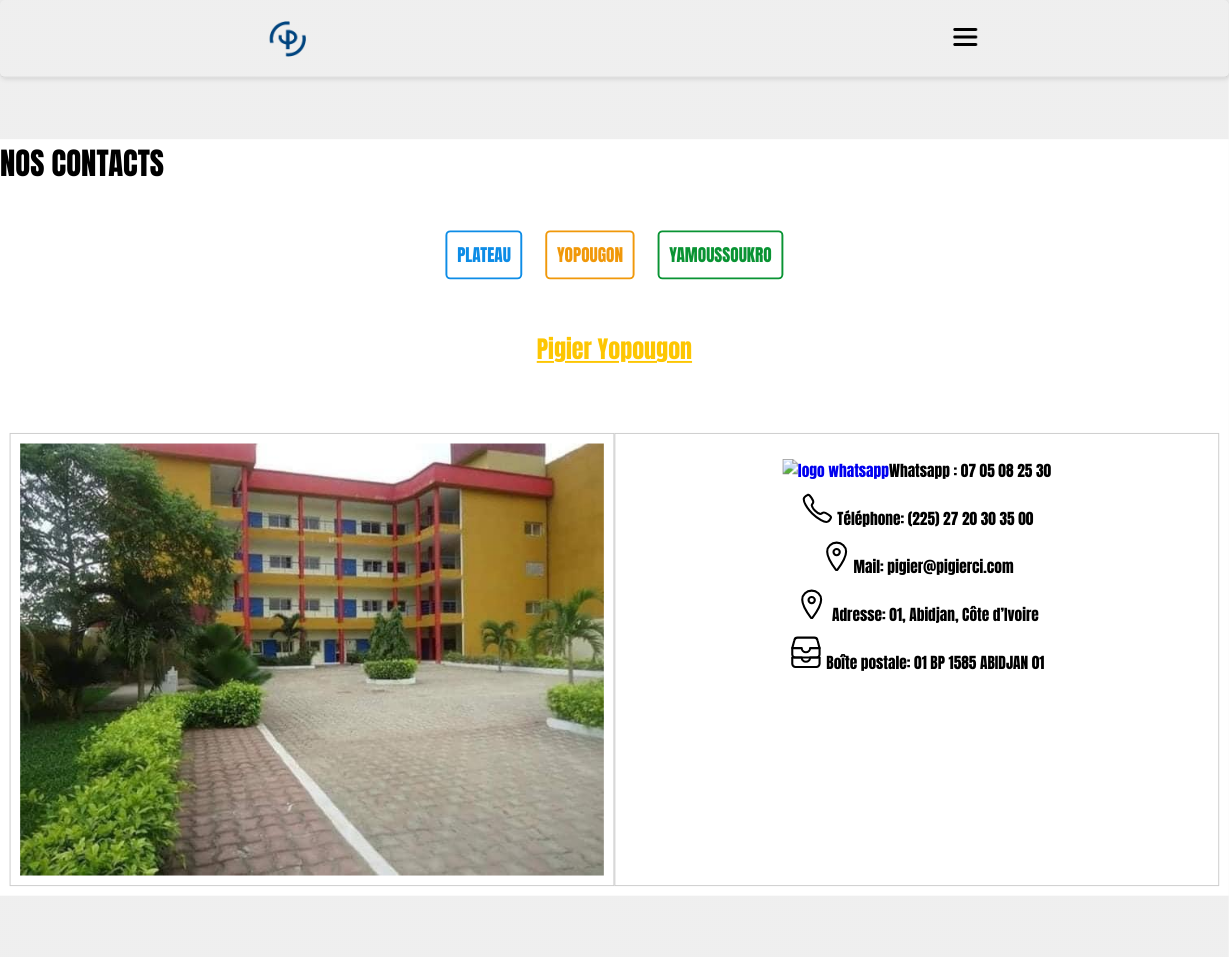
Repository: EddinAdou/PIGIERCI
Page: contact/yopougon.html
An editor plug-in stored every save of this project. The page is shown before and after the next save, followed by the edit.
The browser window is 1280 px wide. The pictures show the whole page, at 96% of full size.
Backgrounds fixed to the window are drawn as part of the page.

Above is the page before, as saved 2023-10-19 17:37:41.
Not found: contact/img/logo-whatsapp.svg

### contact/yopougon.html
<!DOCTYPE html>
<html lang="fr">

<head>
    <meta charset="UTF-8">
    <meta name="viewport" content="width=device-width, initial-scale=1.0">
    <title>Document</title>
    <link rel="stylesheet" href="./style.css">
    <link rel="stylesheet" href="../static/css/style.css">
</head>

<body>
    <div class="header" id="header">
        <div style="
        display: flex;
        align-items: center;
        overflow: hidden;
        margin: 15px;
      ">
            <div class="logo">
                <a href="">
                    <img src="../static/images/1.png" alt="Pigier Côte d'Ivoire Logo" />
                </a>
            </div>
            <div class="title">Pigier<br />Côte d'Ivoire</div>
        </div>
        <span class="burger-img">
            <img src="../static/images/menu.png" alt="burger" />
        </span>
        <div class="menu hidden">
            <span class="cross-img">
                <img src="../static/images/x-mark.png" alt="cross" />
            </span>
            <div class="menu-container">
                <div class="menu-items">
                    <a href="../accueil/index.html" class="menu-items-link onhover">Accueil</a>
                </div>
                <div class="menu-items">
                    <a class="menu-items-link" style="cursor: pointer">Présentation</a>
                    <i class="arrow fa-solid fa-arrow-up"></i>
                    <ul class="sub-menu">
                        <li>
                            <a href="#"> Historique </a>
                        </li>
                        <li>
                            <a href="#"> Gouvernance </a>
                        </li>
                        <li>
                            <a href="#"> Nos partenaires </a>
                        </li>
                        <li>
                            <a href="#"> Guide d'accueil </a>
                        </li>
                    </ul>
                </div>
                <div class="menu-items">
                    <a class="menu-items-link" style="cursor: pointer">Formations</a>
                    <i class="arrow fa-solid fa-arrow-up"></i>
                    <ul class="sub-menu">
                        <li>
                            <a href="#"> Lettre aux futurs étudiants </a>
                        </li>
                        <li>
                            <a href="#"> Licence Professionnelle </a>
                        </li>
                        <li>
                            <a href="#"> Master Professionel </a>
                        </li>
                        <li>
                            <a href="#"> Formation ouverte à distance (FOAD) </a>
                        </li>
                        <li>
                            <a href="#"> Formation continue </a>
                        </li>
                    </ul>
                </div>
                <div class="menu-items">
                    <a class="menu-items-link" style="cursor: pointer">Espace Etudiant</a>
                    <i class="arrow fa-solid fa-arrow-up"></i>
                    <ul class="sub-menu">
                        <li>
                            <a href="#"> Microsoft 365 </a>
                        </li>
                        <li>
                            <a href="#"> Demande en ligne </a>
                        </li>
                        <li>
                            <a href="#"> Alumni </a>
                        </li>
                        <li>
                            <a href="#"> S'inscrire </a>
                        </li>
                        <li>
                            <a href="#"> Réglements </a>
                        </li>
                    </ul>
                </div>
                <div class="menu-items">
                    <a href="" class="menu-items-link onhover">Contact</a>
                </div>
            </div>
        </div>
    </div>
    <div class="main">
        <h1>NOS CONTACTS</h1>
        <!-- ici on affiche les contacts -->
        <div id="mainButton">
            <a href="abidjan.html" class="button1">Plateau</a>
            <a href="yopougon.html" class="button2">Yopougon</a>
            <a href="yakro.html" class="button3">Yamoussoukro</a>
            <p>Pigier Yopougon</p>
        </div>
        <div class="container">
            <div class="column">
                <img src="../static/images/YOPOUGON.jpg" width="300" />
            </div>
            <div class="column cont">
                <ul>
                    <li><a href="https://api.whatsapp.com/message/HEGY3G6SWCP7D1?autoload=1&app_absent=0"><img
                                src="img/logo-whatsapp.svg" alt="logo whatsapp" width="35"></a>Whatsapp : 07 05 08 25 30
                    </li>
                    <li><a href="tel:2720303500"><img src="../static/images/call-outline.svg" alt="logo appel" width="35"></a>
                        Téléphone: (225) 27 20 30 35 00 </li>
                    <li><a href="mailto:pigier@pigierci.com"><img src="../static/images/location-outline.svg" alt="logo mail"
                                width="35"></a>Mail: pigier@pigierci.com</li>
                    <li><a href="https://maps.app.goo.gl/mbxX8wCrpZBdXVyR7"><img src="../static/images/location-outline.svg"
                                alt="logo adresse" width="35"></a> Adresse: 01, Abidjan, Côte d’Ivoire</li>
                    <li><a href="#"><img src="../static/images/file-tray-stacked-outline.svg" alt="logo de boîte postale"
                                width="35"></a> Boîte postale: 01 BP 1585 ABIDJAN 01</li>
                </ul>
            </div>
        </div>
    </div>
</body>

</html>

### contact/style.css
/* Styles pour les écrans larges */
@media (min-width: 992px) {
  .container {
    display: flex;
  }

  .column {
    flex: 1;
    padding: 10px;
    border: 1px solid #ccc;
  }

  .column:first-child img {
    width: 100%;
    display: block;
    margin: 0 auto;
  }
}

/* Styles par défaut pour les boutons (écrans larges) */
#mainButton {
  text-align: center;
  padding: 15px;
  list-style: none;
  border-radius: 5px;
}

.button1,
.button2,
.button3 {
  display: inline-block;
  margin: 10px;
  padding: 10px 20px;
  font-size: 18px;
  font-family: Impact, Haettenschweiler, 'Arial Narrow Bold', sans-serif;
  border-radius: 5px;
}


/* Styles pour les écrans plus étroits (par exemple, les tablettes) */
@media (max-width: 768px) {
  #mainButton {
    text-align: center;
  }

  .button1,
  .button2,
  .button3 {
    display: block;
    margin: 10px auto;
    padding: 10px;
    font-size: 18px;
    font-family: Impact, Haettenschweiler, 'Arial Narrow Bold', sans-serif;
  }
}


/* Styles pour les tablettes */
@media (max-width: 991px) {
  .container {
    flex-direction: column;
  }

  .column {
    flex: 1;
    padding: 10px;
    border: 1px solid #ccc;
  }

  .column:first-child img {
    width: 100%;
    display: block;
    margin: 0 auto;
  }
}

.boutton {
  display: inline-block;
  padding: 15px 25px;
  font-size: 24px;
  cursor: pointer;
  text-align: center;
  text-decoration: none;
  outline: none;
  color: #fff;
  background-color: #4CAF50;
  border: none;
  border-radius: 15px;
  box-shadow: 0 9px #999;
}


.button1 {
  background-color: white;
  color: #0d8ce6;
  border: 2px solid #0d8ce6;
  padding: 10px;
  margin: 10px;
  text-transform: uppercase;
}

.button1:hover {
  background-color: #0d8ce6;
  color: white;

}

.button2 {
  background-color: white;
  color: #f0980a;
  border: 2px solid #f0980a;
  padding: 10px;
  margin: 10px;
  text-transform: uppercase;
}

.button2:hover {
  background-color: #f0980a;
  color: white;
}

.button3 {
  background-color: white;
  color: #099333;
  border: 2px solid #099333;
  padding: 10px;
  margin: 10px;
  text-transform: uppercase;
}

.button3:hover {
  background-color: #099333;
  color: white;
}

.div2,
.div1 {
  display: inline-block;
  width: 50%;
  box-sizing: border-box;
}

.div1 {
  float: left;
}

.div2 {
  float: right;
}

#mainButton {
  text-align: center;
  padding: 15px;
  list-style: none;
}

.container {
  display: flex;
  padding: 10px;
}

.column {
  flex: 1;
  padding: 10px;
  border: 1px solid #ccc
}

.column:first-child img {
  width: 100%;
  display: block;
  margin: 0 auto;
}

.cont {
  font-family: Impact, Haettenschweiler, 'Arial Narrow Bold', sans-serif;
  max-width: 100%;
  text-align: center;
}

ul {
  list-style: none;
  padding: 0;
}

li {
  margin-bottom: 10px;
}

a {
  text-decoration: none;
  align-items: center;
}

h1 {
  font-family: Impact, Haettenschweiler, 'Arial Narrow Bold', sans-serif
}

body>h1:first-child {
  border: 1px solid black;
  background-color: #fdc602;
  color: #020d36
}

p {
  line-height: 3em;
  font-size: 25px;
  text-decoration: underline;
  font-family: Impact, Haettenschweiler, 'Arial Narrow Bold', sans-serif;
  color: #fdc602
}

### static/css/style.css
@import url("https://fonts.googleapis.com/css2?family=Libre+Baskerville:ital,wght@0,400;0,700;1,400&display=swap");
@import url("https://fonts.googleapis.com/css2?family=Figtree:ital,wght@0,300;0,400;0,500;0,600;0,700;0,800;1,300;1,400;1,500;1,600;1,700;1,800&display=swap");

:root {
    --yellow: rgb(255, 248, 163);
    --blue: rgb(12, 87, 153);
    --hor-nav-color: rgba(255, 247, 163, 0.507);
    --yellow_s: rgb(254, 155, 46);
    --safran: #ffd700;
    --white: #fff;
}

*,
*::before,
*::after {
    box-sizing: border-box;
}

*::selection {
    color: #fff;
    background-color: #000;
}

ul {
    padding: 0;
}

a {
    text-decoration: none;
}

body {
    margin: 0;
    padding: 0;
    box-sizing: border-box;
    font-family: "Figtree", sans-serif;
    color: #000;
    overflow-x: hidden;
    background: linear-gradient(to bottom,
            rgba(218, 218, 218, 0.438),
            rgba(218, 218, 218, 0.438)),
        url("../images/pigier.jpg") no-repeat 50% / 500px fixed;
    position: relative;
}

.main {
    margin: 5% 0% 5% 0%;
    background-color: #fff;
}

.hidden,
.show,
.menu {
    transition: all 0.3s;
    -webkit-transition: all 0.3s;
}

.hidden {
    width: 0;
    right: -1000px;
}

.show {
    width: 45%;
    right: 0;
}

.go-top {
    display: none;
    position: fixed;
    background-color: var(--blue);
    right: 30px;
    bottom: 65px;
    padding: 0.5% 1.5%;
    border-radius: 5px;
    width: 44px;
    transition: 0.1s;
    cursor: pointer;
    text-decoration: none;
    justify-content: center;
    align-items: center;
}

.go-top:hover {
    background: var(--safran);
}

.go-top img {
    width: 30px;
}

.fixed {
    position: fixed;
    top: 0;
    width: 100%;
}

.fixed .logo {
    border: 2px solid var(--safran);
    border-radius: 100%;
}

.fixed .title {
    color: var(--blue);
    border-color: #000;
    transform: translateX(0);
}

.active {
    color: var(--blue);
}

.active .arrow {
    transform: rotate(180deg);
}

.menu {
    position: fixed;
    min-height: 100vh;
    top: 0;
    padding: 45px;
    z-index: 100;
    background: linear-gradient(var(--hor-nav-color), var(--hor-nav-color)),
        url("../images/nvbar-bg.jpg") no-repeat;
    background-size: cover;
    overflow: hidden;
    border-top-left-radius: 10px;
    border-bottom-left-radius: 10px;
}

.menu img {
    width: 35px;
    position: absolute;
    right: 15%;
    top: 5%;
    z-index: 1000;
}

.header {
    display: flex;
    justify-content: space-around;
    align-items: center;
    border-bottom: 1px solid #cfcfcf;
    border-radius: 5px;
    box-shadow: 1px 1px 5px #cfcfcf;
}

.header a {
    text-decoration: none;
    color: #000;
    font-weight: 600;
    position: relative;
}

.header .menu .onhover::after {
    content: "";
    position: absolute;
    width: 0%;
    height: 3px;
    background-color: var(--blue);
    bottom: -3px;
    border-radius: 5px;
    left: 0;
    transition: width 0.4s;
}

.header a:hover {
    color: var(--blue);
}

.header .menu .onhover:hover:after {
    width: 100%;
}

.header .logo {
    display: flex;
    justify-content: center;
    z-index: 100;
    line-height: 15px;
    transition: 0.5s;
}

.header .logo:hover~.title {
    color: var(--blue);
    border-color: #000;
    transform: translateX(0);
}

.title {
    display: flex;
    border-left: 3px solid transparent;
    margin-left: 15px;
    padding-left: 15px;
    align-items: center;
    height: 50px;
    color: transparent;
    transition: all 0.4s ease-in-out;
    transform: translateX(-50px);
    z-index: 1;
    font-weight: 800;
}

.header .logo img {
    width: 46px;
    margin-top: 3px;
}

.menu-container {
    display: flex;
    position: relative;
    width: 100%;
    padding-top: 50px;
    flex-direction: column;
}

.menu-items {
    margin-bottom: 4%;
    font-size: 16px;
    transition: 1s ease;
}

.rolled {
    display: block;
}

.menu-items .sub-menu {
    display: none;
    margin: 0 0 0 25px;
    overflow: hidden;
    transition: 1s ease;
}

.menu-items .sub-menu li {
    line-height: 20px;
}

.top-container {
    z-index: 10;
    height: 100%;
    background-image: url("../images/univ_metiers.jpg");
    background-size: cover;
    position: relative;
}

.top-container::before {
    content: "";
    height: 100%;
    width: 100%;
    position: absolute;
    top: 0;
    left: 0;
    background-color: rgba(225, 225, 225, 0.5667);
    z-index: -1000;
}

.text-present {
    display: flex;
    align-items: center;
    flex-direction: column;
    padding: 13% 15%;
}

.footer-container {
    max-width: 1170px;
    margin: auto;
}

.row {
    display: flex;
    justify-content: space-between;
    flex-wrap: wrap;
    padding: 1% 0%;
}

.row:first-child {
    padding-left: 2%;
    padding-right: 2%;
    border-bottom: 2px solid #fff;
}

ul {
    list-style: none;
}

.footer {
    background: #040404;
    position: relative;
}

.footer-col {
    width: 25%;
    padding: 0 15px;
}

.footer-col h4 {
    font-size: 18px;
    color: #ffffff;
    text-transform: capitalize;
    margin-bottom: 35px;
    font-weight: 500;
    position: relative;
}

.footer-col h4::before {
    content: "";
    position: absolute;
    left: 0;
    bottom: -10px;
    background-color: var(--blue);
    height: 4px;
    border-radius: 5px;
    box-sizing: border-box;
    width: 50px;
}

.footer-col ul li:not(:last-child) {
    margin-bottom: 10px;
}

.footer-col ul li a {
    font-size: 15px;
    text-transform: capitalize;
    color: #ffffff;
    text-decoration: none;
    font-weight: 300;
    color: #bbbbbb;
    display: block;
    transition: all 0.3s ease;
}

.footer-col ul li a:hover {
    color: #f3f4f4;
    text-decoration: underline;
}

.footer-col .social-links {
    display: flex;
}

.footer-col .social-links a {
    font-size: 30px;
    margin: 0% 2%;
    border-radius: 100%;
    color: #f3f4f4;
    height: 40px;
    transition: 0.2s;
    display: flex;
    align-items: center;
    width: 41px;
    justify-content: center;
}

.footer-col .social-links a:hover {
    color: #24262b;
    background-color: #f3f4f4;
}

.footer-info p {
    color: #f3f4f4;
    padding-left: 15px;
}

.burger-img,
.cross-img {
    cursor: pointer;
}

.burger-img img {
    width: 25px;
    height: 25px;
}

.top-container .text-present span {
    font-size: 65px;
    text-transform: uppercase;
    font-family: "Libre Baskerville", serif;
    text-align: center;
    font-weight: 800;
    color: rgb(12, 87, 153);
}

.top-container .text-present p {
    text-align: center;
    font-size: 16px;
    color: #000;
    letter-spacing: 1.5px;
}

.formation-container {
    transform: translate(0);
    position: relative;
    display: flex;
    flex-wrap: wrap;
    justify-content: center;
    flex-direction: column;
    margin-left: -10px;
    margin-right: -10px;
    margin-top: 10px;
}

section.container-box {
    min-height: 300px;
    margin-left: 10px;
    margin-right: 10px;
    min-width: calc(40% - 10px);
    width: calc(40% - 10px);
    margin-bottom: 20px;
    border: 1px solid #cfcfcf;
    border-radius: 10px;
    transition: all 0.4s ease-in-out;
    overflow: hidden;
}

.sub-container {
    display: flex;
    flex-wrap: wrap;
    justify-content: center;
    transition: 0.5s;
    transform: translate(0);
}

.img-pres {
    overflow: hidden;
}

.img-pres img {
    transition: all 0.4s ease;
}

.img-pres img:hover {
    transform: scale(1.2);
}

.box-desc {
    background-color: #fff;
    min-height: 102px;
    text-align: left;
    display: flex;
    align-items: center;
    padding: 10px 30px;
    flex: 1 1 auto;
    justify-content: space-between;
}

.btn-circle-redirect a {
    padding: 8px 12px;
    border: 1px solid #cfcfcf;
    border-radius: 100%;
    color: #000;
    font-size: 28px;
    transition: 0.2s ease-in-out;
}

.btn-circle-redirect a:hover {
    color: #fff;
    background-color: var(--blue);
}

.formation {
    padding: 2% 0;
    text-align: center;
}

.btn-direction {
    position: absolute;
    top: 0;
    display: none;
    height: 96%;
    width: 55px;
    background: #a9a3a381;
    font-size: 30px;
    z-index: 1;
    transition: 0.4s;
    cursor: pointer;
    border-radius: 10px;
}

.btn-direction:hover {
    font-size: 32px;
}

.btn-direction.left {
    left: 1%;
}

.btn-direction.right {
    right: 1%;
}

video {
    width: 70%;
    height: 400px;
}

.responsive-video {
    max-width: 100%;
    height: auto;
}

.frame {
    width: 100%;
    display: flex;
    justify-content: center;
}

@media (max-width: 1068px) {
    .sub-container {
        flex-direction: column;
        align-items: center;
    }

    section.container-box {
        width: fit-content;
    }
}

@media (max-width: 770px) {
    .footer-col {
        width: 50%;
        margin-bottom: 30px;
    }

    .header .menu-container {
        font-size: 12px;
    }
}

@media (max-width: 640px) {
    .formation {
        margin-right: 10%;
        margin-left: 10%;
        overflow: hidden;
    }

    .formation-container {
        flex-wrap: nowrap;
        flex-direction: row;
    }

    .sub-container {
        flex-direction: row;
        flex-wrap: nowrap;
        transform: translateX(550px);
        margin: 0;
    }

    section.container-box {
        width: 300px;
    }

    .btn-direction {
        display: flex;
        justify-content: center;
        align-items: center;
    }
}

@media (max-width: 574px) {
    .footer-col {
        width: 100%;
    }

    .top-container .text-present span {
        font-size: 42px;
    }

    .top-container .text-present p {
        font-size: 12px;
    }
}

@media (max-width: 500px) {
    .formation {
        margin: auto;
    }

    .btn-direction {
        width: 13%;
    }
}

@media (max-width: 300px) {
    .top-container .text-present span {
        font-size: 24px;
    }

    .top-container .text-present p {
        font-size: 10px;
    }
}

After the next save:
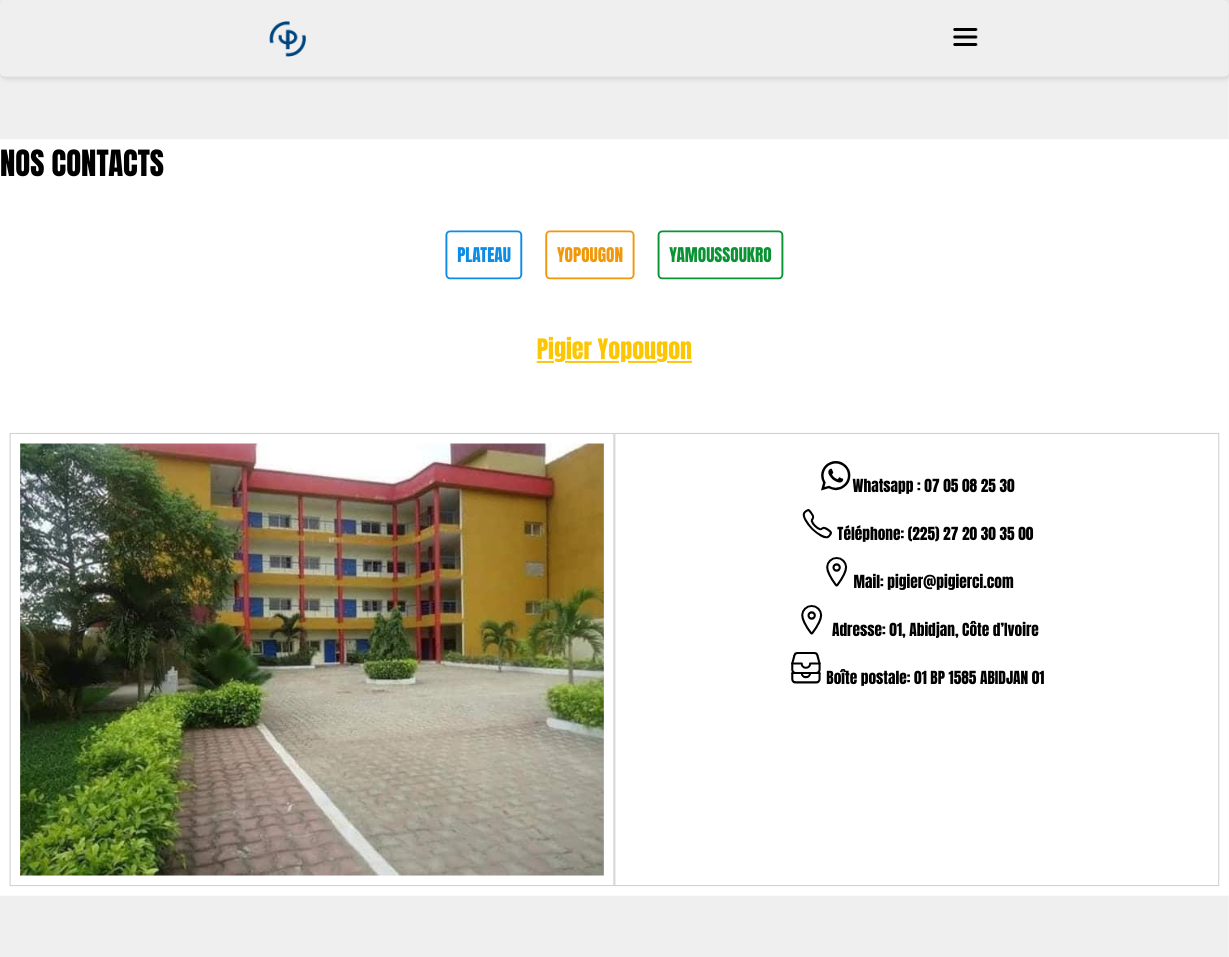
Saved 21 min 5 s later.
--- a/contact/yopougon.html
+++ b/contact/yopougon.html
@@ -117,7 +117,7 @@
             <div class="column cont">
                 <ul>
                     <li><a href="https://api.whatsapp.com/message/HEGY3G6SWCP7D1?autoload=1&app_absent=0"><img
-                                src="img/logo-whatsapp.svg" alt="logo whatsapp" width="35"></a>Whatsapp : 07 05 08 25 30
+                                src="../static/images/logo-whatsapp.svg" alt="logo whatsapp" width="35"></a>Whatsapp : 07 05 08 25 30
                     </li>
                     <li><a href="tel:2720303500"><img src="../static/images/call-outline.svg" alt="logo appel" width="35"></a>
                         Téléphone: (225) 27 20 30 35 00 </li>
